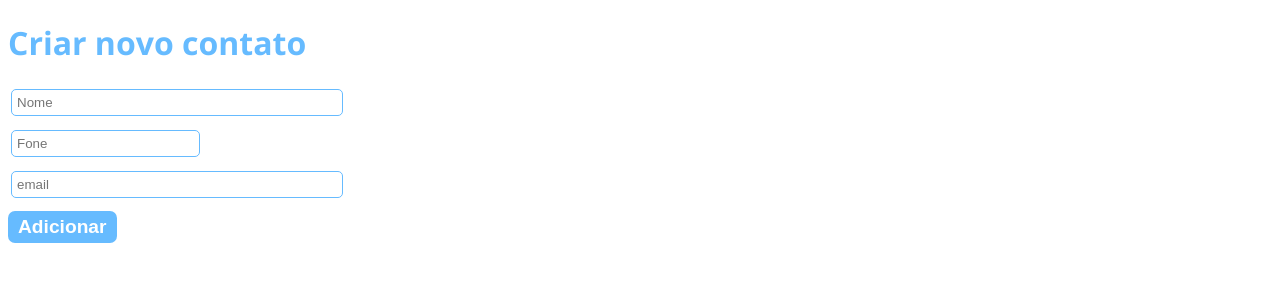
Repository: ricardoalves21/JavaWeb
Page: http://localhost/agenda/editar.jsp
These files come from the project's save history. The page is drawn as it stood at one moment and after the next save; the edit follows.
The browser window is 1280 px wide. The pictures show the whole page.
The page is served by Tomcat 9.

Above is the page before, as saved 2021-06-17 23:38:12.

After the next save:
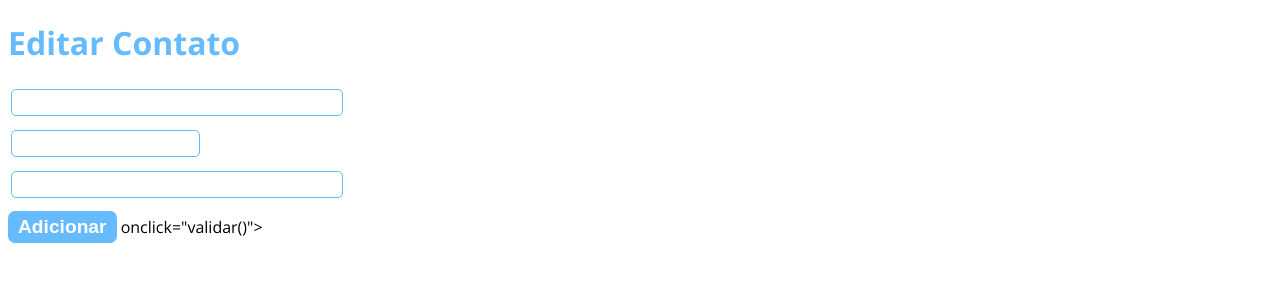
Saved 2 min 19 s later.
--- a/projeto_agenda/agenda/WebContent/editar.jsp
+++ b/projeto_agenda/agenda/WebContent/editar.jsp
@@ -3,29 +3,26 @@
 <!DOCTYPE html>
 <html>
 <head>
-<meta charset="UTF-8">
-<title>Agenda de Contatos</title>
-<link rel="icon" href="imagens/Graphicloads-100-Flat-Phone.ico">
-<link rel="stylesheet" href="style.css">
+	<meta charset="UTF-8">
+	<title>Agenda de Contatos</title>
+	<link rel="icon" href="imagens/Graphicloads-100-Flat-Phone.ico">
+	<link rel="stylesheet" href="style.css">
 </head>
 <body>
-	<h1>Criar novo contato</h1>
-	<form name="frmContato" action="insert">
+	<h1>Editar Contato</h1>
+	<form name="frmContato" action="">
 		<table>
 			<tr>
-				<td><input type="text" name="nome" placeholder="Nome"
-					class="Caixa1"></td>
+				<td><input type="text" name="nome" class="Caixa1"></td>
 			</tr>
 			<tr>
-				<td><input type="text" name="fone" placeholder="Fone"
-					class="Caixa2"></td>
+				<td><input type="text" name="fone" class="Caixa2"></td>
 			</tr>
 			<tr>
-				<td><input type="text" name="email" placeholder="email"
-					class="Caixa1"></td>
+				<td><input type="text" name="email" class="Caixa1"></td>
 			</tr>
 		</table>
-		<input type="button" value="Adicionar" class="Botao1"
+		<input type="button" value="Adicionar" class="Botao1">
 			onclick="validar()">
 	</form>
 	<script src="scripts/validador.js"></script>
